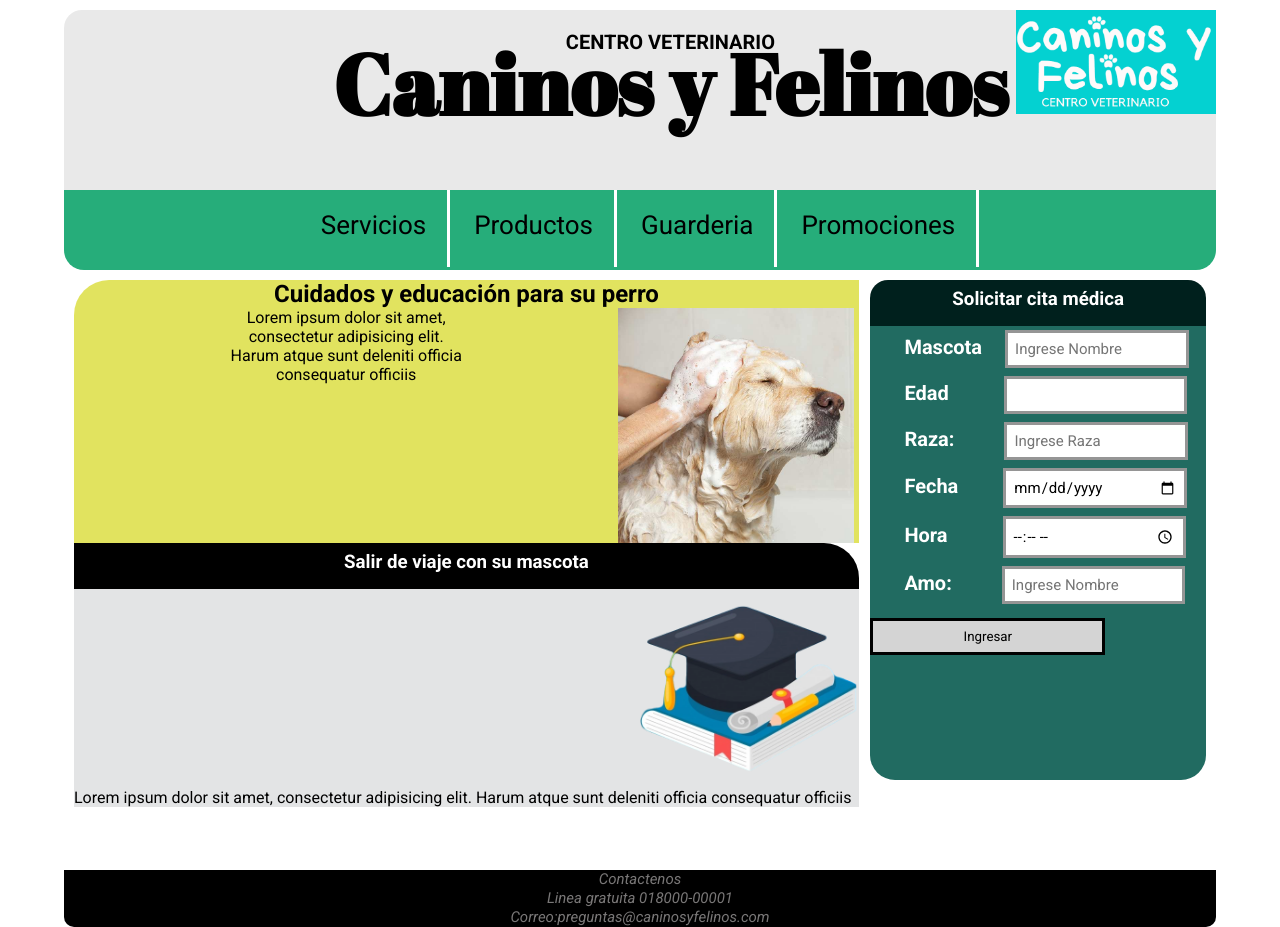
Repository: NickArregoces/Veterinaria
Page: Index.html
The author's editor kept a copy of each file at every save. The page is drawn from the files as they stood at one save, then again after the next save.
The browser window is 1280 px wide. The pictures show the whole page.

Above is the page before, as saved 2021-10-05 17:02:30.

After the next save:
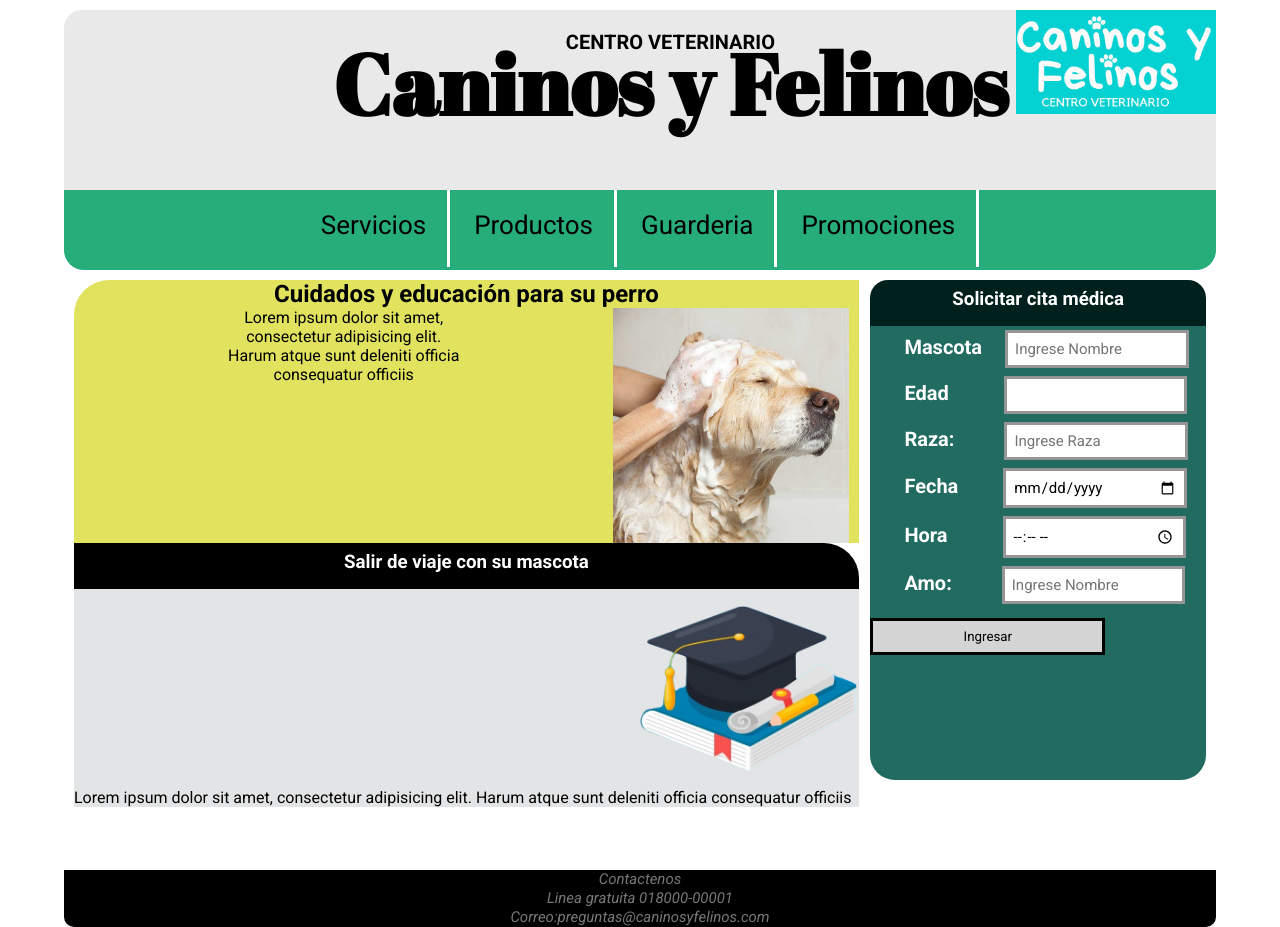
Saved 7 s later.
--- a/CSS/Style.css
+++ b/CSS/Style.css
@@ -162,7 +162,7 @@ aside{
         float: right;
     }
         div.Cuidados img {
-            margin-right: 5px;
+            margin-right: 10px;
             width: 30%;
             border-color: black;
         }
